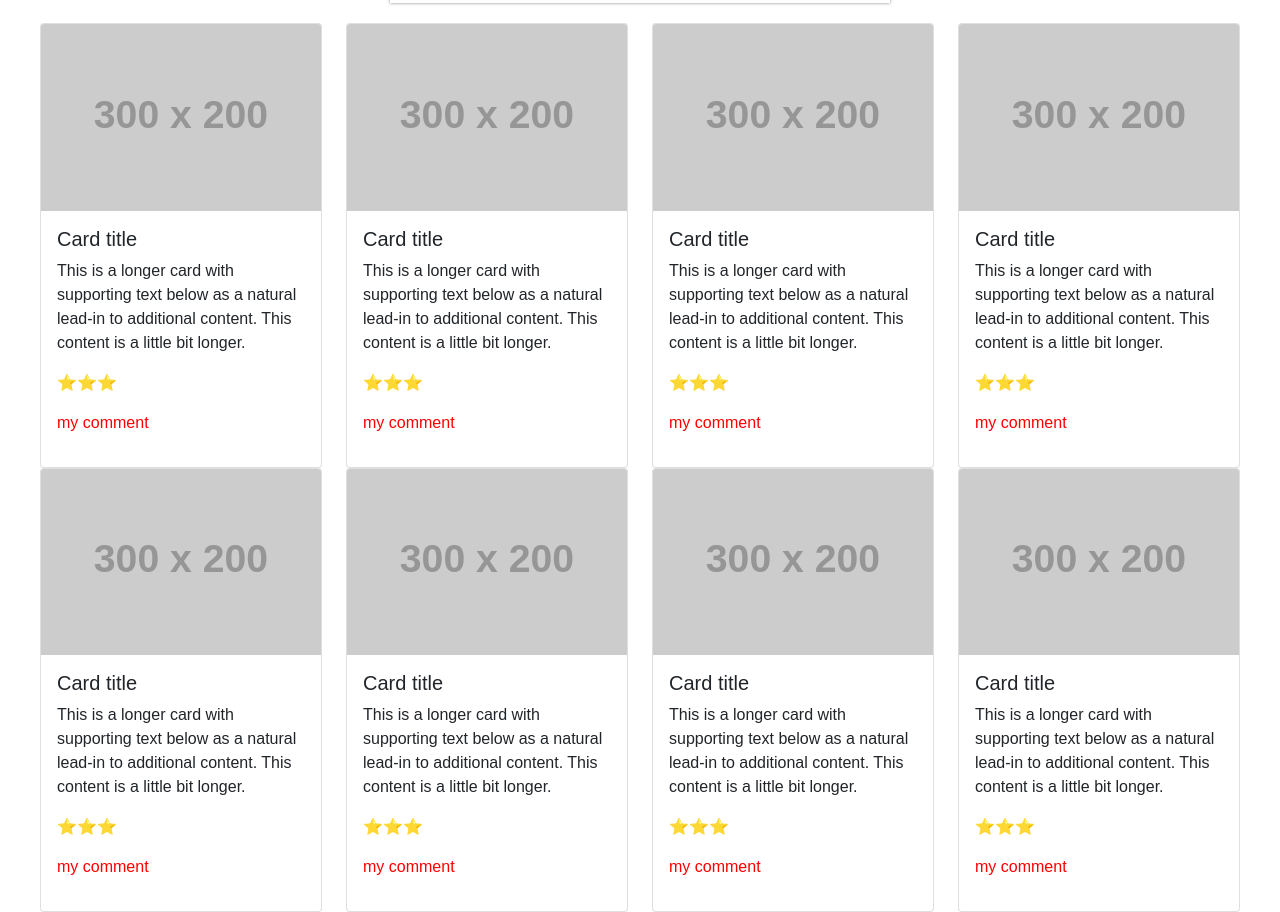
Repository: sinayaka-body/sparta
Page: frontend/test2.html
The author's editor kept a copy of each file at every save. The page is drawn from the files as they stood at one save, then again after the next save.
The browser window is 1280 px wide. The pictures show the part of the page from y = 521 to 1473 px (the page is 1433 px tall before and 1473 px after).
Some web fonts or font styles are not loaded; a fallback is used.

Above is the page before, as saved 2023-04-15 17:10:18.

### frontend/test2.html
<!DOCTYPE html>
<html lang="en">
  <head>
    <meta charset="utf-8" />
    <meta name="viewport" content="width=device-width, initial-scale=1, shrink-to-fit=no" />

    <link href="https://cdn.jsdelivr.net/npm/bootstrap@5.0.2/dist/css/bootstrap.min.css" rel="stylesheet" integrity="sha384-EVSTQN3/azprG1Anm3QDgpJLIm9Nao0Yz1ztcQTwFspd3yD65VohhpuuCOmLASjC" crossorigin="anonymous" />
    <script src="https://ajax.googleapis.com/ajax/libs/jquery/3.5.1/jquery.min.js"></script>
    <script src="https://cdn.jsdelivr.net/npm/bootstrap@5.0.2/dist/js/bootstrap.bundle.min.js" integrity="sha384-MrcW6ZMFYlzcLA8Nl+NtUVF0sA7MsXsP1UyJoMp4YLEuNSfAP+JcXn/tWtIaxVXM" crossorigin="anonymous"></script>

    <title>Spartapedia</title>

    <style>
      @import url("https://fonts.googleapis.com/css2?family=Gowun+Dodum&display=swap");

      * {
        font-family: "Hahmlet", sans-serif;
      }

      .mytitle {
        width: 100%;
        height: 250px;

        background-image: linear-gradient(0deg, rgba(0, 0, 0, 0.5), rgba(0, 0, 0, 0.5)), url("https://movie-phinf.pstatic.net/20210715_95/1626338192428gTnJl_JPEG/movie_image.jpg");
        background-position: center;
        background-size: cover;

        color: white;

        display: flex;
        flex-direction: column;
        align-items: center;
        justify-content: center;
      }

      .mytitle > button {
        width: 200px;
        height: 50px;

        background-color: transparent;
        color: white;

        border-radius: 50px;
        border: 1px solid white;

        margin-top: 10px;
      }

      .mytitle > button:hover {
        border: 2px solid white;
      }

      .mycards {
        margin: 20px auto 0px auto;
        width: 95%;
        max-width: 1200px;
      }

      .mypost {
        width: 95%;
        max-width: 500px;
        margin: 20px auto 0px auto;
        padding: 20px;
        box-shadow: 0px 0px 3px 0px gray;
      }

      .mybtns {
        display: flex;
        flex-direction: row;
        align-items: center;
        justify-content: center;
        margin-top: 20px;
      }

      .mybtns > button {
        margin-right: 10px;
      }

      .row row-cols-1 row-cols-md-4 g-4 {
        margin-bottom: 20px;
      }
    </style>
  </head>

  <body>
    <div class="mytitle">
      <h1>My favorite movies</h1>
      <button>Save a new movie</button>
    </div>

    <div class="mypost">
      <form>
        <div class="mb-3">
          <label for="exampleInputEmail1" class="form-label">Movie URL</label>
          <input type="url" class="form-control" id="exampleInputURL1" aria-describedby="MovieURL" placeholder="address@xxx.jp" />
        </div>
        <div class="mb-3">
          <label for="exampleInputPassword1" class="form-label">Password</label>
          <input type="password" class="form-control" id="exampleInputPassword1" />
        </div>
        <div class="mybtns">
          <button type="button" class="btn btn-dark">Save</button>
          <button type="button" class="btn btn-outline-dark">Close</button>
        </div>
      </form>
    </div>

    <div class="mycards">
      <div class="row row-cols-1 row-cols-md-4 g-4">
        <div class="col">
          <div class="card">
            <img src="https://placehold.jp/300x200.png" class="card-img-top" alt="..." />
            <div class="card-body">
              <h5 class="card-title">Card title</h5>
              <p class="card-text">This is a longer card with supporting text below as a natural lead-in to additional content. This content is a little bit longer.</p>
              <p>⭐⭐⭐</p>
              <p style="color: red">my comment</p>
            </div>
          </div>
        </div>
        <div class="col">
          <div class="card">
            <img src="https://placehold.jp/300x200.png" class="card-img-top" alt="..." />
            <div class="card-body">
              <h5 class="card-title">Card title</h5>
              <p class="card-text">This is a longer card with supporting text below as a natural lead-in to additional content. This content is a little bit longer.</p>
              <p>⭐⭐⭐</p>
              <p style="color: red">my comment</p>
            </div>
          </div>
        </div>
        <div class="col">
          <div class="card">
            <img src="https://placehold.jp/300x200.png" class="card-img-top" alt="..." />
            <div class="card-body">
              <h5 class="card-title">Card title</h5>
              <p class="card-text">This is a longer card with supporting text below as a natural lead-in to additional content. This content is a little bit longer.</p>
              <p>⭐⭐⭐</p>
              <p style="color: red">my comment</p>
            </div>
          </div>
        </div>
        <div class="col">
          <div class="card">
            <img src="https://placehold.jp/300x200.png" class="card-img-top" alt="..." />
            <div class="card-body">
              <h5 class="card-title">Card title</h5>
              <p class="card-text">This is a longer card with supporting text below as a natural lead-in to additional content. This content is a little bit longer.</p>
              <p>⭐⭐⭐</p>
              <p style="color: red">my comment</p>
            </div>
          </div>
        </div>
      </div>
      <div class="row row-cols-1 row-cols-md-4 g-4">
        <div class="col">
          <div class="card">
            <img src="https://placehold.jp/300x200.png" class="card-img-top" alt="..." />
            <div class="card-body">
              <h5 class="card-title">Card title</h5>
              <p class="card-text">This is a longer card with supporting text below as a natural lead-in to additional content. This content is a little bit longer.</p>
              <p>⭐⭐⭐</p>
              <p style="color: red">my comment</p>
            </div>
          </div>
        </div>
        <div class="col">
          <div class="card">
            <img src="https://placehold.jp/300x200.png" class="card-img-top" alt="..." />
            <div class="card-body">
              <h5 class="card-title">Card title</h5>
              <p class="card-text">This is a longer card with supporting text below as a natural lead-in to additional content. This content is a little bit longer.</p>
              <p>⭐⭐⭐</p>
              <p style="color: red">my comment</p>
            </div>
          </div>
        </div>
        <div class="col">
          <div class="card">
            <img src="https://placehold.jp/300x200.png" class="card-img-top" alt="..." />
            <div class="card-body">
              <h5 class="card-title">Card title</h5>
              <p class="card-text">This is a longer card with supporting text below as a natural lead-in to additional content. This content is a little bit longer.</p>
              <p>⭐⭐⭐</p>
              <p style="color: red">my comment</p>
            </div>
          </div>
        </div>
        <div class="col">
          <div class="card">
            <img src="https://placehold.jp/300x200.png" class="card-img-top" alt="..." />
            <div class="card-body">
              <h5 class="card-title">Card title</h5>
              <p class="card-text">This is a longer card with supporting text below as a natural lead-in to additional content. This content is a little bit longer.</p>
              <p>⭐⭐⭐</p>
              <p style="color: red">my comment</p>
            </div>
          </div>
        </div>
      </div>
    </div>
  </body>
</html>

After the next save:
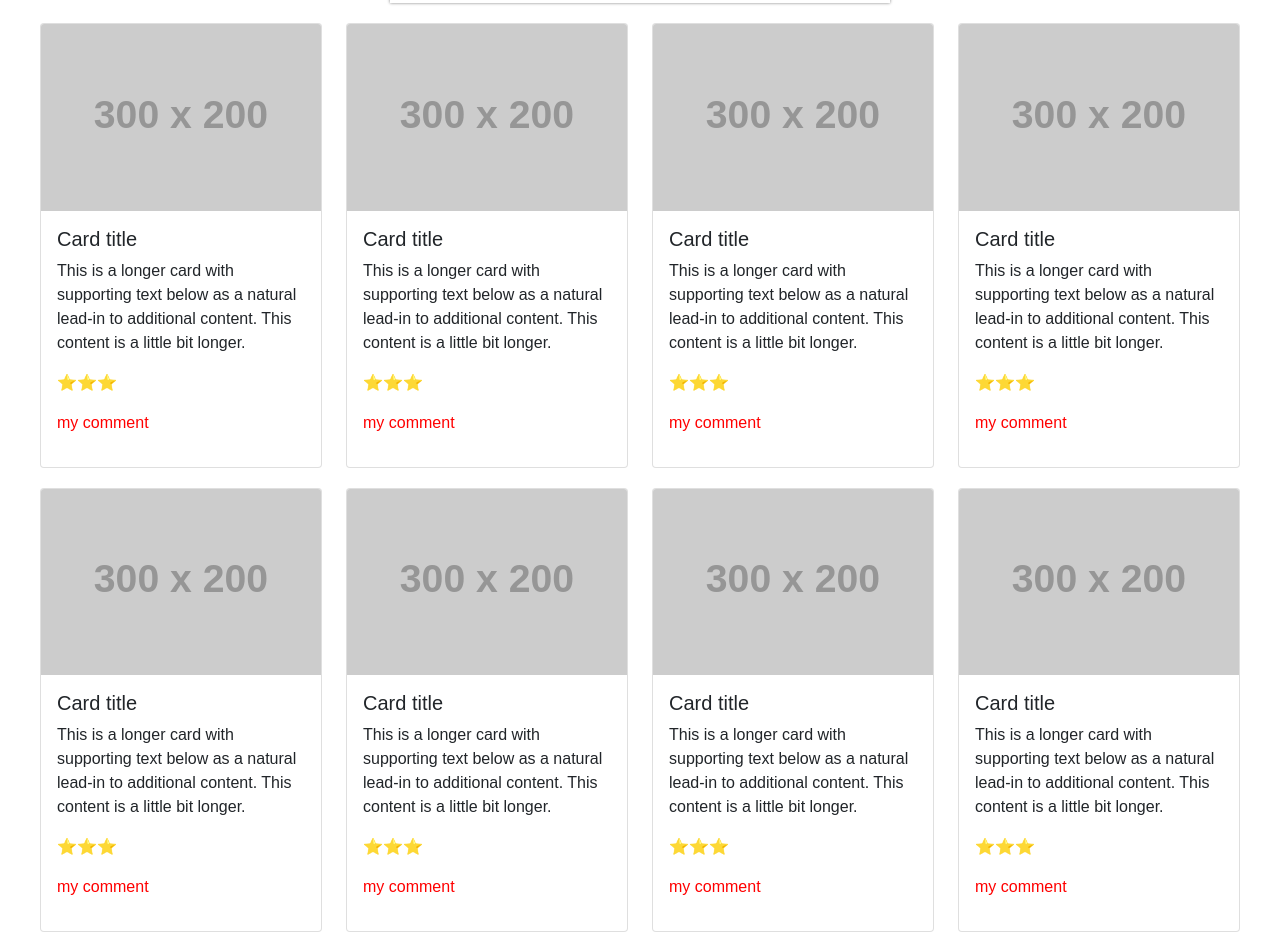
Saved 16 s later.
--- a/frontend/test2.html
+++ b/frontend/test2.html
@@ -76,7 +76,7 @@
         margin-right: 10px;
       }
 
-      .row row-cols-1 row-cols-md-4 g-4 {
+      .row {
         margin-bottom: 20px;
       }
     </style>
